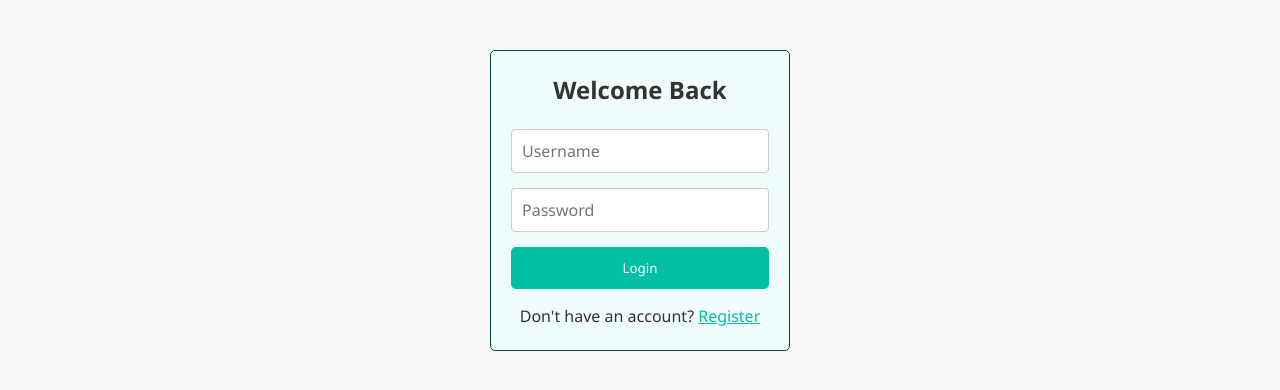
Repository: Ndegwa2/sacco
Page: http://localhost/login?next=%2Fdashboard_employee.html
The author's editor kept a copy of each file at every save. The page is drawn from the files as they stood at one save, then again after the next save.
The browser window is 1280 px wide. The pictures show the whole page.
The page is served by the project's application, run on Flask 3 (run.py).

Above is the page before, as saved 2025-07-25 14:55:42.

After the next save:
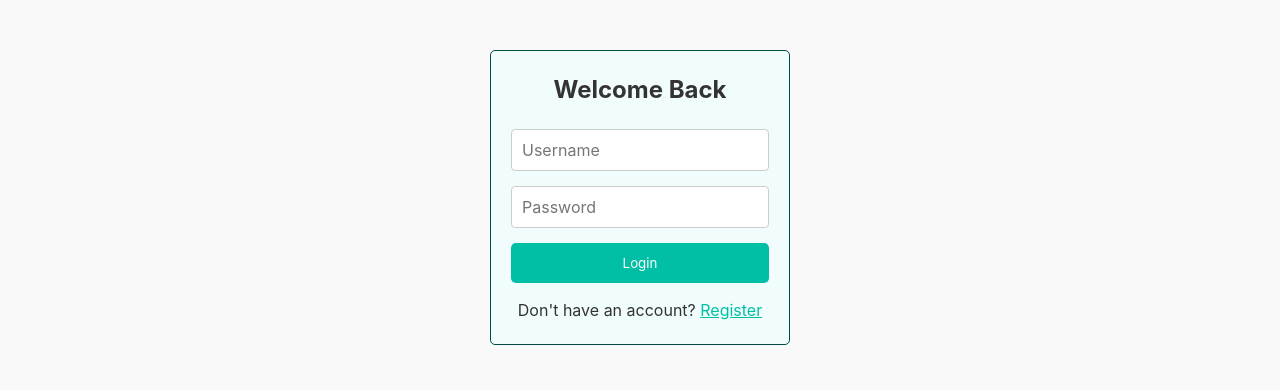
Saved 10 s later.
--- a/Client/styles.css
+++ b/Client/styles.css
@@ -3,7 +3,7 @@
   margin: 0;
   padding: 0;
   box-sizing: border-box;
-  font-family: 'Segoe UI', Tahoma, Geneva, Verdana, sans-serif;
+  font-family: 'Inter', sans-serif;
 }
 
 body {
